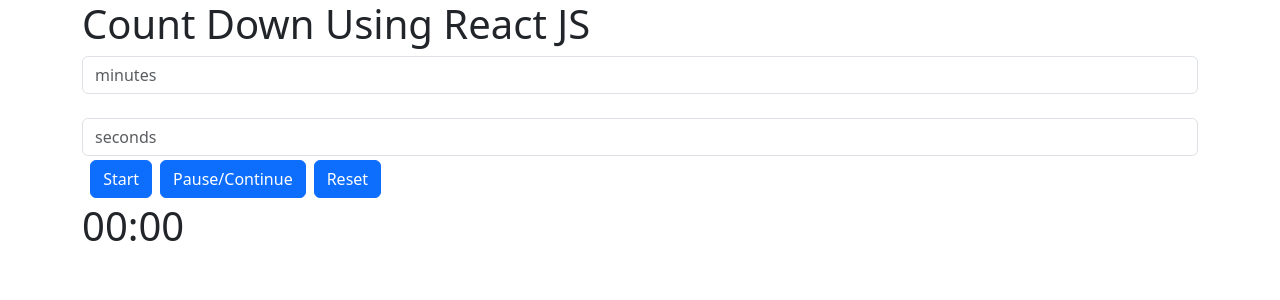
Repository: maheshdama13/reactjs-count-down
Page: /
An editor plug-in stored every save of this project. The page is shown before and after the next save, followed by the edit.
The browser window is 1280 px wide. The pictures show the whole page.
The project was rebuilt for these pictures with package versions that can differ from the ones it lists, and the page was loaded fresh each time. Also part of the build but not shown: src/App.css.

Above is the page before, as saved 2022-07-01 02:16:47.

After the next save:
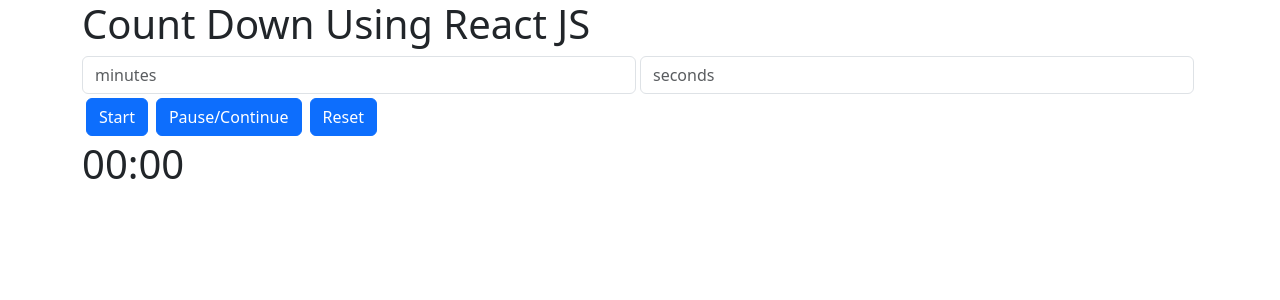
Saved 16 s later.
--- a/src/components/CountDown.js
+++ b/src/components/CountDown.js
@@ -58,8 +58,10 @@
     <div className='container'>
     <h1>Count Down Using React JS</h1>
       <form ref={formData}>
-        <input className='form-control d-inline' name='minutes' type="number" placeholder='minutes' />&nbsp;
-        <input className='form-control d-inline' name='seconds' type="number" placeholder='seconds' />&nbsp;
+        <div class="d-flex">
+          <input className='form-control d-inline' name='minutes' type="number" placeholder='minutes' />&nbsp;
+          <input className='form-control d-inline' name='seconds' type="number" placeholder='seconds' />&nbsp;
+        </div>
         <button type="button" className='btn btn-primary m-1' onClick={startHandler}>Start</button>
         <button type="button" className='btn btn-primary m-1' onClick={pauseHandler}>Pause/Continue</button>
         <button type="button" className='btn btn-primary m-1' onClick={resetHandler}>Reset</button>
